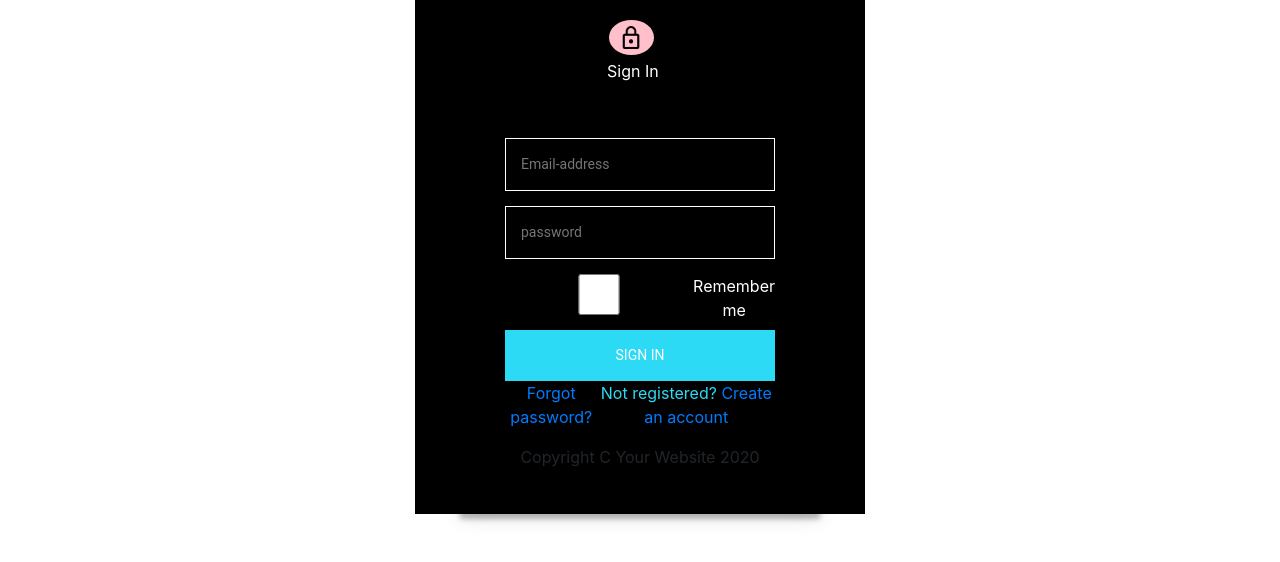
Repository: andbilous/cursor-styled-components
Page: /sign-in
The author's editor kept a copy of each file at every save. The page is drawn from the files as they stood at one save, then again after the next save.
The browser window is 1280 px wide. The pictures show the whole page.
The project was rebuilt for these pictures with package versions that can differ from the ones it lists, and the page was loaded fresh each time. Also part of the build but not shown: src/App.css, src/components/SignUpForm.jsx.

Above is the page before, as saved 2020-04-19 16:19:09.

After the next save:
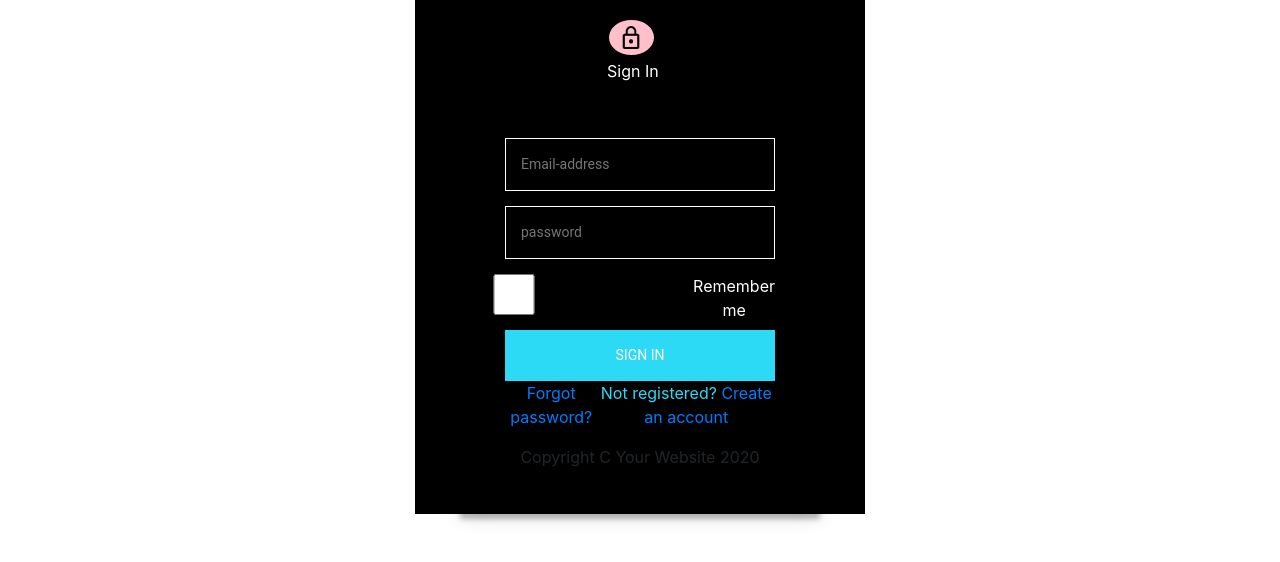
Saved 93 s later.
--- a/src/components/SignInForm.jsx
+++ b/src/components/SignInForm.jsx
@@ -31,7 +31,7 @@ const SignInFormStyles=styled.div`
   font-size: 14px;
 }
 .form input[type="checkbox"]{
-
+  transform: translateX(-85px);
 }
 .form button {
   font-family: "Roboto", sans-serif;
